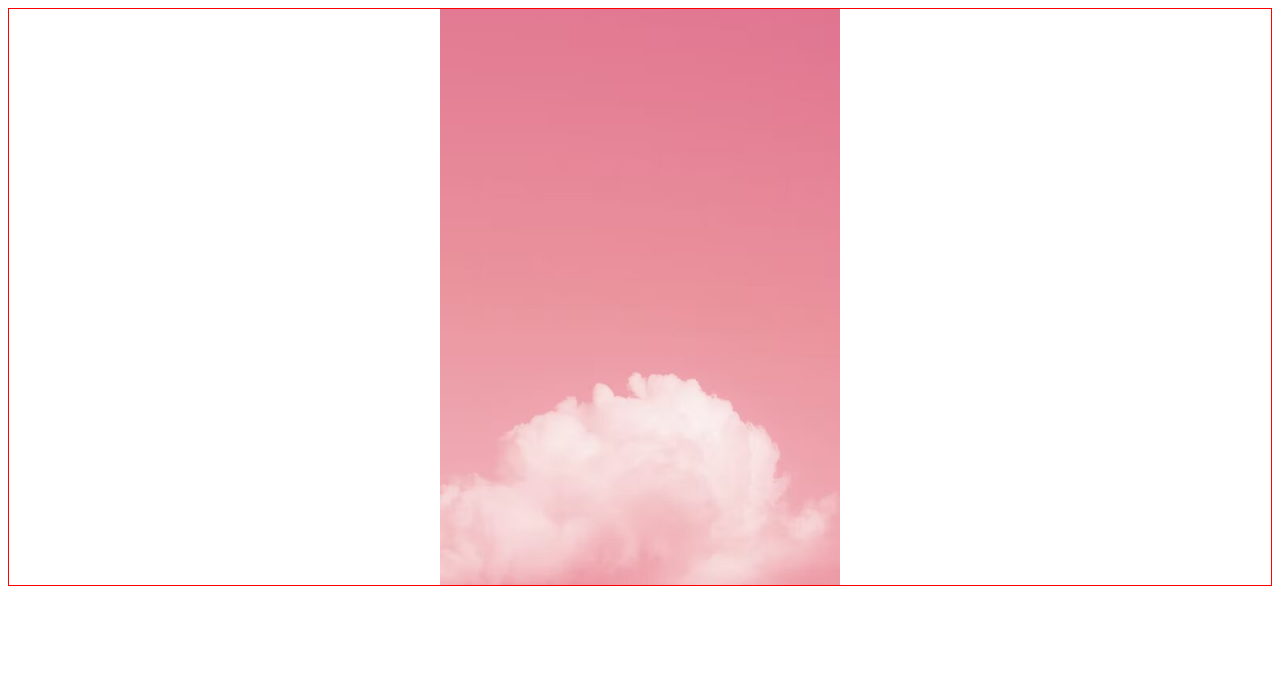
Repository: asya-aisa/grocery-list
Page: /
An editor plug-in stored every save of this project. The page is shown before and after a run of saves, followed by the edit.
The browser window is 1280 px wide. The pictures show the whole page.
The project was rebuilt for these pictures with package versions that can differ from the ones it lists, and the page was loaded fresh each time.

Above is the page before, as saved 2023-07-14 14:47:52.

### src/App.css
.App {
  background-image: url(fon-img.jpg);
  background-position: center;
  background-size: cover;
  background-repeat: no-repeat;
  width: 400px;
  min-height: 80vh;
  margin: auto;
  margin-bottom: 0px;
}
body {
  border: 1px red solid;
}

Loaded but not shown: public/index.html (common file); src/index.js (common file); src/App.js (common file); src/reportWebVitals.js (common file)

After the next 3 saves:
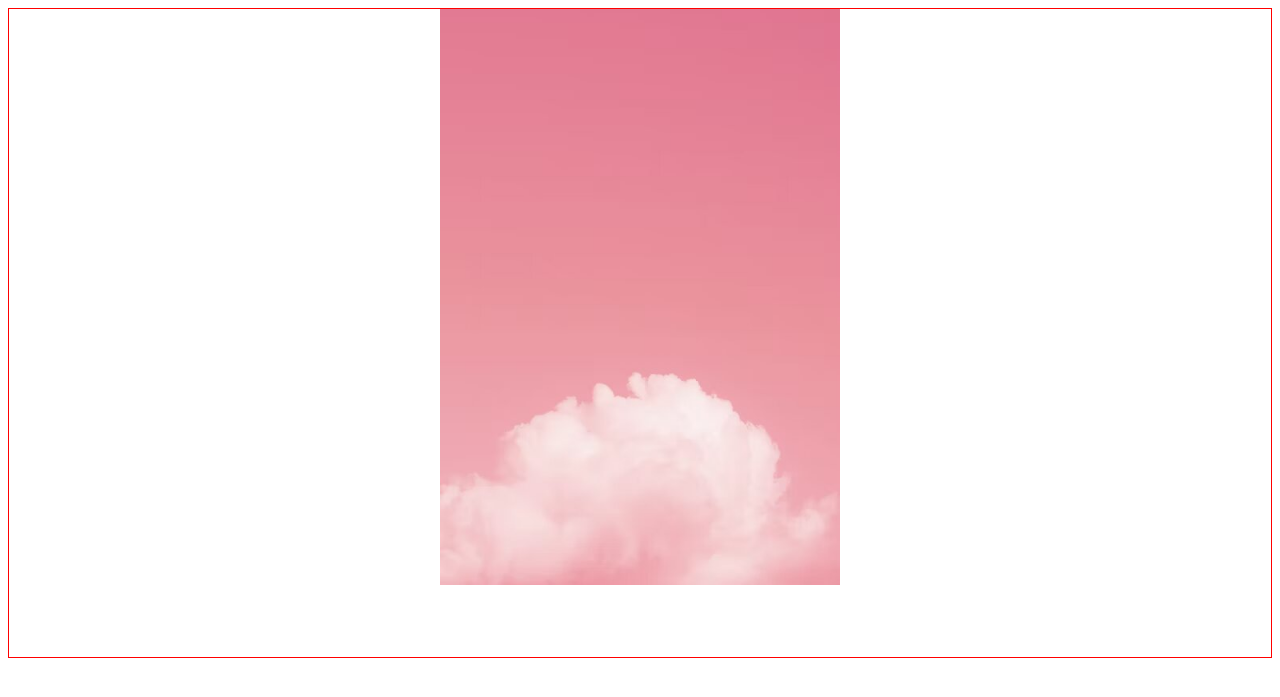
The 3 saves are shown as one change because they came seconds apart.
The last was saved 20 s later.
--- a/src/App.css
+++ b/src/App.css
@@ -10,4 +10,5 @@
 }
 body {
   border: 1px red solid;
+  min-height: 90vh;
 }
